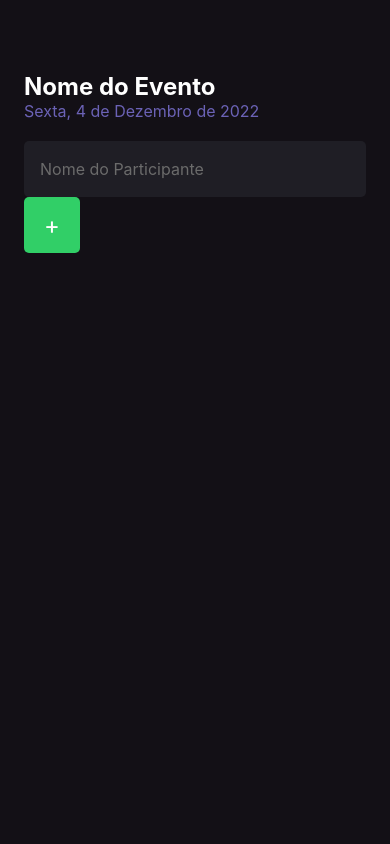
Repository: guilhermecardoso93/reactNative-ignite-imhere
Screen: /
These files come from the project's save history. The screen is drawn as it stood at one moment and after the next save; the edit follows.
The app was drawn by React Native's web renderer in a window 390 px wide. The project was rebuilt for these pictures with package versions that can differ from the ones it lists, and the page was loaded fresh each time.

Above is the screen before, as saved 2022-10-02 19:51:19.

After the next save:
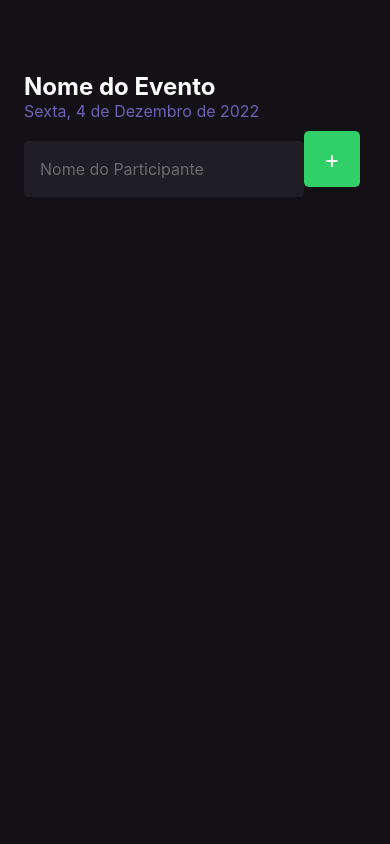
Saved 38 s later.
--- a/src/screens/Home/styles.ts
+++ b/src/screens/Home/styles.ts
@@ -15,6 +15,11 @@ export const styles = StyleSheet.create({
   eventDate: {
     color: "#6b62b6",
     fontSize: 16,
+  },
+  form : {
+    flexDirection: "row",
+    alignItems: "center",
+
   },
   eventInput: {
     backgroundColor: "#1f1e25",
